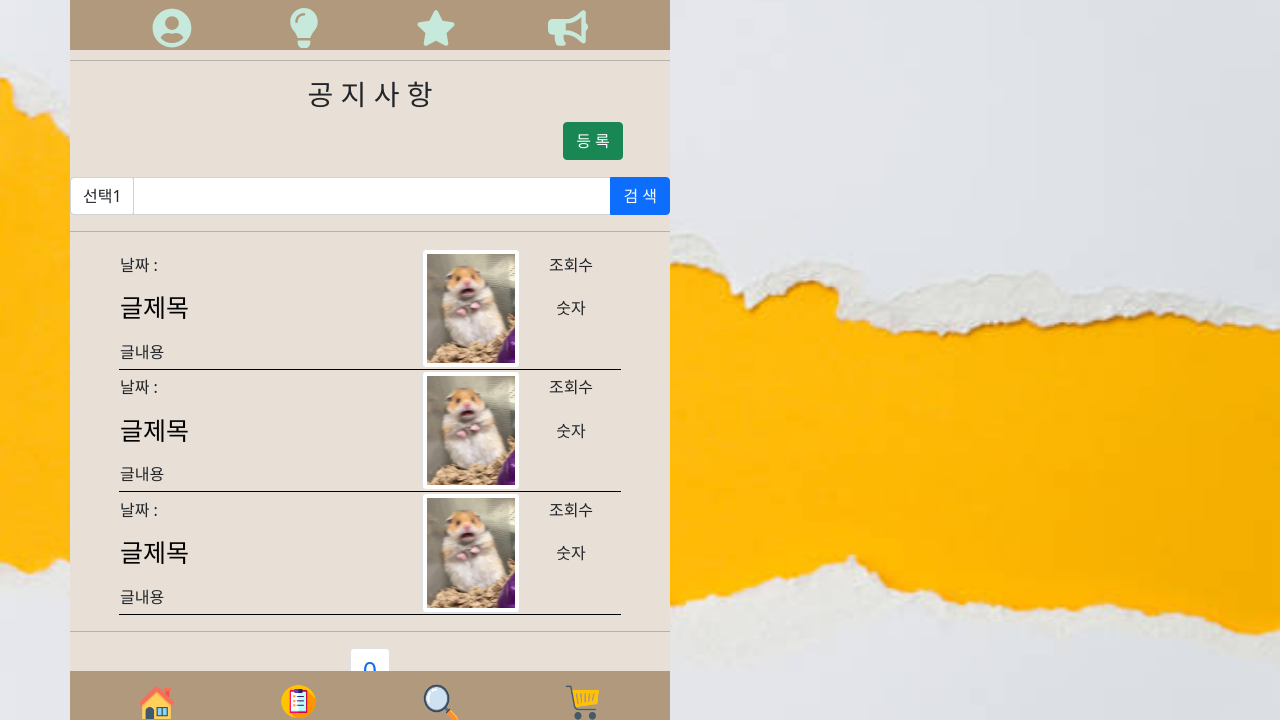
Repository: heegyu97/project
Page: http://localhost/0801_mvc2/WEB-INF/views/notice/notice.jsp
The author's editor kept a copy of each file at every save. The page is drawn from the files as they stood at one save, then again after the next save.
The browser window is 1280 px wide. The pictures show the whole page.
An inner scrolling area shows only its first screen. Some web libraries are served in a nearby version. The page is served by Tomcat 9. Nobody is signed in. Other server files are loaded and not shown. The template is opened directly, without the code that normally fills it, so the values that code supplies are empty.

Above is the page before, as saved 2022-08-11 06:08:00.

### 0720/0801_mvc2/src/main/webapp/WEB-INF/views/notice/notice.jsp
<%@ page language="java" contentType="text/html; charset=UTF-8"
    pageEncoding="UTF-8"%>
<%@ taglib uri="http://java.sun.com/jsp/jstl/core" prefix="c"%>
<!DOCTYPE html>
<html>
	<head>
		<meta charset="UTF-8">
		<title>냥냥라이프</title>
		<%@ include  file ="/WEB-INF/views/style_link.jsp" %>
		<style type="text/css">
		table{
			margin-left: auto;
			margin-right: auto;
			table-layout: fixed;
		}
		div.pname{
			width: 300px;
			white-space: nowrap;
		 	overflow: hidden;
 			text-overflow: ellipsis;
		}
		a{
			text-decoration : none;
			color: black;
			font-size: 25px;
		}

		</style>
	</head>
	<body>
	<%@ include file="/WEB-INF/views/header.jsp"%>


	<hr>

		<table>
			<col class="w-25">

			<tbody>
				<tr>
					<td>
						<h3 style="text-align: center;"> 공 지 사 항 </h3>
					</td>
				</tr>
				<tr>
					<td>
						<a href="${pageContext.request.contextPath}/tip/tipwriteform">
							<button class="btn btn-success float-right mb-3">등 록</button>
						</a>
					</td>

				</tr>
			</tbody>
		</table>


		<form action="${pageContext.request.contextPath}/product/list" method="get">
			<div class="input-group">
				<div class="input-group-prepend">
					<select class="form-control" id="searchOption" name="searchOption">
						<option value="prdt_name"
							<c:if test="${search_dto.searchOption == 'prdt_name'}">selected="selected"</c:if>
						> 선택1 </option>
						<option value="mid"
							<c:if test="${search_dto.searchOption == 'mid'}">selected="selected"</c:if>
						> 선택2 </option>
					</select>
				</div>
				<input type="text" class="form-control" id="searchWord" name="searchWord"
						value="${search_dto.searchWord}">
				<div class="input-group-append">
					<button type="submit" class="btn btn-primary"> 검 색 </button>
				</div>
			</div>
		</form>


		<hr>


		<table>

			<tbody>
					<c:forEach  begin="1" end="3">
						<tr>
							<td width="300px" >날짜 :  </td>
							<td width="100px" rowspan="3">
								<a href="${pageContext.request.contextPath}/guest/detail">
								<img src="${pageContext.request.contextPath}/resources/img/bg.jpeg" class="img-thumbnail ">
								</a>
							</td>
							<td width="100px" style="text-align: center">조회수</td>
						</tr>
						<tr>

							<td width="300px">
								<div class="pname">
								<a href="${pageContext.request.contextPath}/tip/tipdetail?tip_no=${dto.tip_no}">
									글제목
								</a>
								</div>
							</td>
							<td style="text-align: center">숫자</td>
						</tr>
						<tr style="border-bottom: 1px solid black"><td width="300px" >글내용</td></tr>
					</c:forEach>

			</tbody>
		</table>

		<hr>
		<%-- 페이징 --%>
		<ul class="pagination">
			<c:if test="${startPageNum > 10}">
				<li class="page-item mx-auto">
					<a class="page-link"
						href="${pageContext.request.contextPath}/product/list?userWantPage=${startPageNum-1}&searchOption=${search_dto.searchOption}&searchWord=${search_dto.searchWord}">
						Previous
					</a>
				</li>
			</c:if>
			<c:forEach var="page_no" begin="${startPageNum}" end="${endPageNum}">
				<c:choose>
					<c:when test="${page_no == userWantPage}">
						<li class="page-item active mx-auto">
							<a class="page-link">${page_no}</a>
						</li>
					</c:when>
					<c:otherwise>
						<li class="page-item mx-auto">
							<a class="page-link"
								href="${pageContext.request.contextPath}/product/list?userWantPage=${page_no}&searchOption=${search_dto.searchOption}&searchWord=${search_dto.searchWord}">
								${page_no}
							</a>
						</li>
					</c:otherwise>
				</c:choose>
			</c:forEach>
			<c:if test="${lastPageNum > endPageNum}">
				<li class="page-item mx-auto">
					<a class="page-link"
						href="${pageContext.request.contextPath}/product/list?userWantPage=${endPageNum+1}&searchOption=${search_dto.searchOption}&searchWord=${search_dto.searchWord}">
						Next
					</a>
				</li>
			</c:if>
		</ul>
		<hr>

		<%@ include file="/WEB-INF/views/footer.jsp"%>
	</body>
</html>

### 0720/0801_mvc2/src/main/webapp/WEB-INF/views/style_link.jsp
<%@ page language="java" contentType="text/html; charset=UTF-8"
    pageEncoding="UTF-8"%>
<%@ taglib uri="http://java.sun.com/jsp/jstl/core" prefix="c" %>

<script
	src="https://ajax.googleapis.com/ajax/libs/jquery/3.6.0/jquery.min.js"></script>
<link rel="stylesheet"
	href="https://cdn.jsdelivr.net/npm/bootstrap@4.6.1/dist/css/bootstrap.min.css">
<script
	src="https://cdn.jsdelivr.net/npm/popper.js@1.16.1/dist/umd/popper.min.js"></script>
<script
	src="https://cdn.jsdelivr.net/npm/bootstrap@4.6.1/dist/js/bootstrap.bundle.min.js"></script>

<!-- CKEDITOR -->
<script src="//cdn.ckeditor.com/4.19.0/full/ckeditor.js"></script>

<!-- bootstrap to icon -->
<script defer
	src="https://use.fontawesome.com/releases/v5.0.8/js/solid.js"
	integrity="sha384-+Ga2s7YBbhOD6nie0DzrZpJes+b2K1xkpKxTFFcx59QmVPaSA8c7pycsNaFwUK6l"
	crossorigin="anonymous"></script>
<script defer
	src="https://use.fontawesome.com/releases/v5.0.8/js/fontawesome.js"
	integrity="sha384-7ox8Q2yzO/uWircfojVuCQOZl+ZZBg2D2J5nkpLqzH1HY0C1dHlTKIbpRz/LG23c"
	crossorigin="anonymous"></script>
<link
	href="https://cdn.jsdelivr.net/npm/bootstrap@5.0.2/dist/css/bootstrap.min.css"
	rel="stylesheet"
	integrity="sha384-EVSTQN3/azprG1Anm3QDgpJLIm9Nao0Yz1ztcQTwFspd3yD65VohhpuuCOmLASjC"
	crossorigin="anonymous">
<!-- main 기준 공용 -->
<link rel="stylesheet"
	href= "${pageContext.request.contextPath}/resources/E1I3/CSS/style_share.css">
<!-- nav 버튼 사이 거리 조정 -->
<link rel="stylesheet"
	href="${pageContext.request.contextPath}/resources/E1I3/CSS/style_hf.css">

### 0720/0801_mvc2/src/main/webapp/WEB-INF/views/header.jsp
<%@ page language="java" contentType="text/html; charset=UTF-8"
	pageEncoding="UTF-8"%>
<%@ taglib uri="http://java.sun.com/jsp/jstl/core" prefix="c"%>
<div class="container">
	<div class="row">
		<div id="aaa" class="col-lg-6 ">
			<iframe id="bbb" name="adver-frame"
				src="${pageContext.request.contextPath}/adver"></iframe>
		</div>


		<!-- 화면 나누기 :home 화면 오른쪽 : iframe to main -->
		<div id="ccc" class="col-lg-6">
			<!-- footer col6 -->
			<div class="nav">
				<!-- MENU -->
				<section class="servics">
					<div class="icons">
						<div class="child icon1">
							<a class="nav-link" href="${pageContext.request.contextPath}/home">
								<i class="fa fa-user-circle" style="width:40px; height:40px; color: #C6E9DC" ></i>
							</a>
						</div>

						<div class="child icon2">
							<a class="nav-link" href="${pageContext.request.contextPath}/tip/tip">
								<i class="fa fa-lightbulb" style="width:40px; height:40px; color: #C6E9DC" ></i>
							</a>
						</div>
						<div class="child icon3">
							<a class="nav-link" href="${pageContext.request.contextPath}/ddd">
								<i class="fa fa-star" style="width:40px; height:40px; color: #C6E9DC" ></i>
							</a>
						</div>
						<div class="child icon4">
							<a class="nav-link"
								href="${pageContext.request.contextPath}/home"> <i
								class="fa fa-bullhorn" style="width:40px; height:40px; color: #C6E9DC" ></i>
							</a>
						</div>
					</div>
				</section>

			</div>
			<main>
				<!-- 여백 -->
				<h3 style="margin-bottom: 60px"></h3>

### 0720/0801_mvc2/src/main/webapp/WEB-INF/views/footer.jsp
<%@ page language="java" contentType="text/html; charset=UTF-8"
	pageEncoding="UTF-8"%>
	<h3 style="margin-top: 120px"></h3>
</main>
<div class="nav" style="bottom: -1px;">
	<!-- MENU -->
	<section class="servics">
		<div class="icons">
			<c:choose>
				<c:when test="${login_info.m_type eq 'manager'}">
					<div class="child icon4">
						<!-- 경로만 변경 - 판매자 home/main -->
						<a class="nav-link" href="${pageContext.request.contextPath}/manager/managerMain">
							<img src = "${pageContext.request.contextPath}/resources/img/i_cart.png" style="width:50px; height:50px;" >
						</a>
					</div>
				</c:when>

				<c:when test="${login_info.m_type eq 'seller' }">
					<div class="child icon4">
						<!-- 경로만 변경 - 판매자 home/main -->
						<a class="nav-link" href="${pageContext.request.contextPath}/seller/sellerMain">
							<img src = "${pageContext.request.contextPath}/resources/img/i_cart.png" style="width:50px; height:50px;" >
						</a>
					</div>
				</c:when>
				<c:otherwise>
					<div class="child icon1">
							<a class="nav-link" href="${pageContext.request.contextPath}/home">
								<img src = "${pageContext.request.contextPath}/resources/img/i_home.png" style="width:50px; height:50px;" >
							</a>
						</div>
						<div class="child icon2">
							<a class="nav-link" href="${pageContext.request.contextPath}/guest/KategorieList">
								<img src = "${pageContext.request.contextPath}/resources/img/i_list.png" style="width:50px; height:50px;" >
							</a>
						</div>
						<div class="child icon3">
							<a class="nav-link" href="${pageContext.request.contextPath}/guest/productList">
								<img src = "${pageContext.request.contextPath}/resources/img/i_search.png" style="width:50px; height:50px;" >
							</a>
						</div>
						<div class="child icon4">
						<c:choose>
							<c:when test="${login_info.m_type eq 'guest'}">
							<a class="nav-link" href="${pageContext.request.contextPath}/basket/basketlist">
							</c:when>
							<c:otherwise>
							<a class="nav-link" href="${pageContext.request.contextPath}/home">
							</c:otherwise>
						</c:choose>
								<img src = "${pageContext.request.contextPath}/resources/img/i_cart.png" style="width:50px; height:50px;" >
							</a>
						</div>
				</c:otherwise>
			</c:choose>
		</div>
	</section>

</div>
</div>
<!-- col6 -->
</div>
<!-- row  -->
</div>
<!-- contain  -->

### 0720/0801_mvc2/src/main/webapp/resources/E1I3/CSS/style_share.css
@charset "UTF-8";

.servics{
   width: 100%;
   text-align: center;
}
.icons{
	display: flex;
	justify-content: center;
}
.child{
	text-align: center;
}

body{
 	background-image: url('http://localhost:8081/ictedu/resources/img/back.jpg');
	background-repeat: no-repeat;
 	background-position: center;
	background-size: cover;
}

main{
	width : 600px;
}

.nav{
		display : inline-block;
		width : 600px;
		height : 50px;
		z-index: 2;
		background-color: #B1997D;
		position: fixed;
}



#adver-frame {width : 100%;height : 100%}
	@media only screen and (max-width : 1400px ){
	#aaa{
		display: none;
	}

}


#ccc{
	display : inline-block;
  	height: 100vh;
  	background-color : #E8E0D6;
}

::-webkit-scrollbar {
	display: none;
}


#bbb,#ccc {

  	padding: 0px;
  	margin: 0px;
 	overflow: auto;
	width: 600px;
	min-width: 600px;
}
#bbb {
	list-style-type: none;
  	height: 100%;
 	position: fixed;
}

### 0720/0801_mvc2/src/main/webapp/resources/E1I3/CSS/style_hf.css
@charset "UTF-8";

.icon1, .icon2, .icon3{
	margin-right: 10%;
}

After the next save:
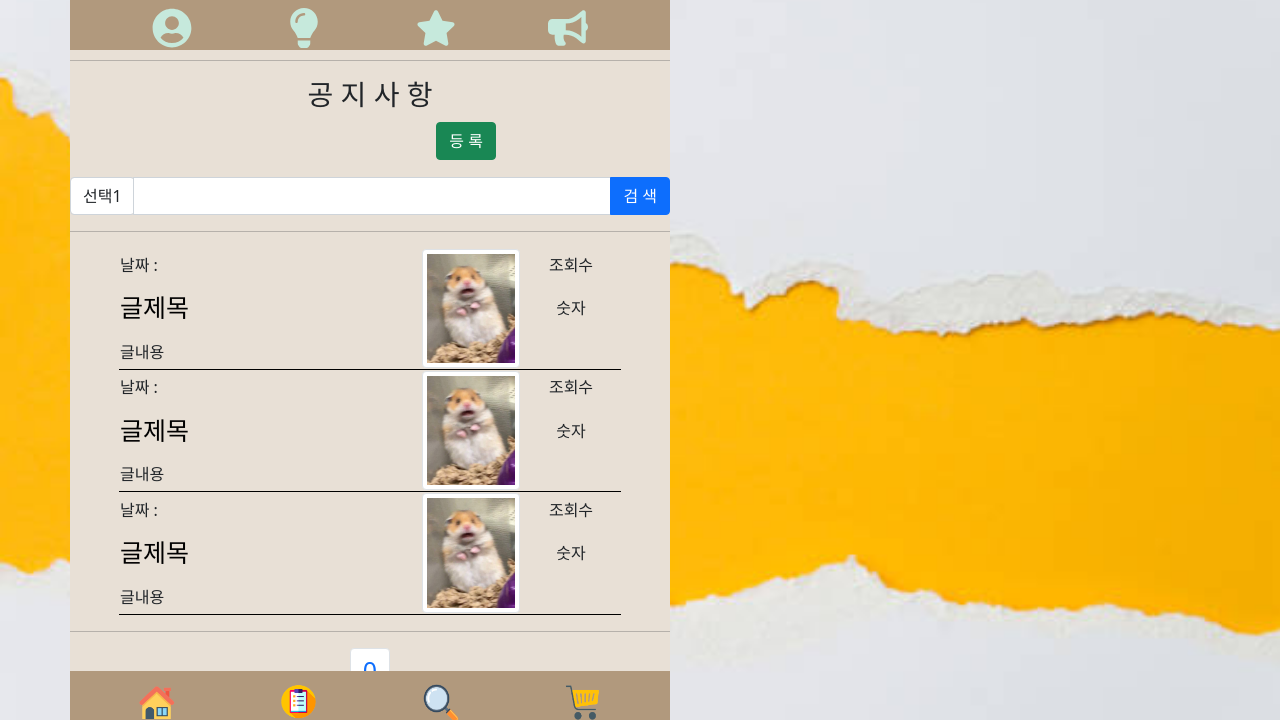
Saved 2 min 34 s later.
--- a/0720/0801_mvc2/src/main/webapp/WEB-INF/views/notice/notice.jsp
+++ b/0720/0801_mvc2/src/main/webapp/WEB-INF/views/notice/notice.jsp
@@ -34,7 +34,7 @@
 	<hr>
 
 		<table>
-			<col class="w-25">
+			<col class="w-50">
 
 			<tbody>
 				<tr>
